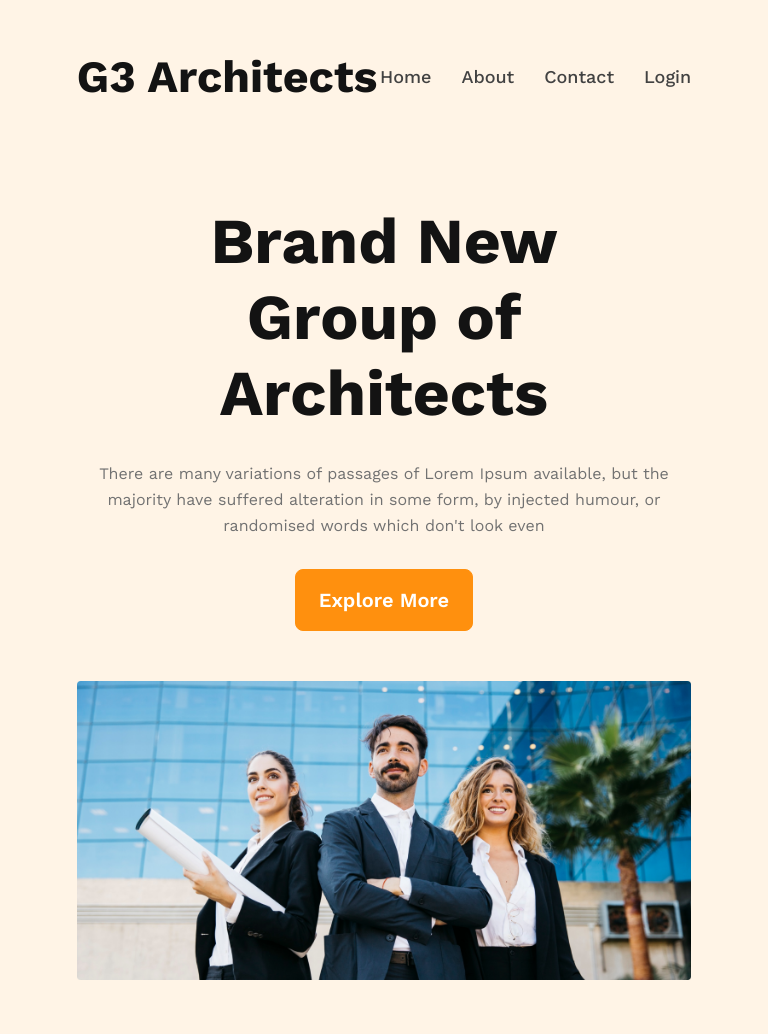
Repository: ShouravAhammed/G3-architects-webpage
Page: index.html
These files come from the project's save history. The page is drawn as it stood at one moment and after the next save; the edit follows.
The browser window is 768 px wide. The pictures show the whole page.

Above is the page before, as saved 2024-01-13 00:03:16.

After the next save:
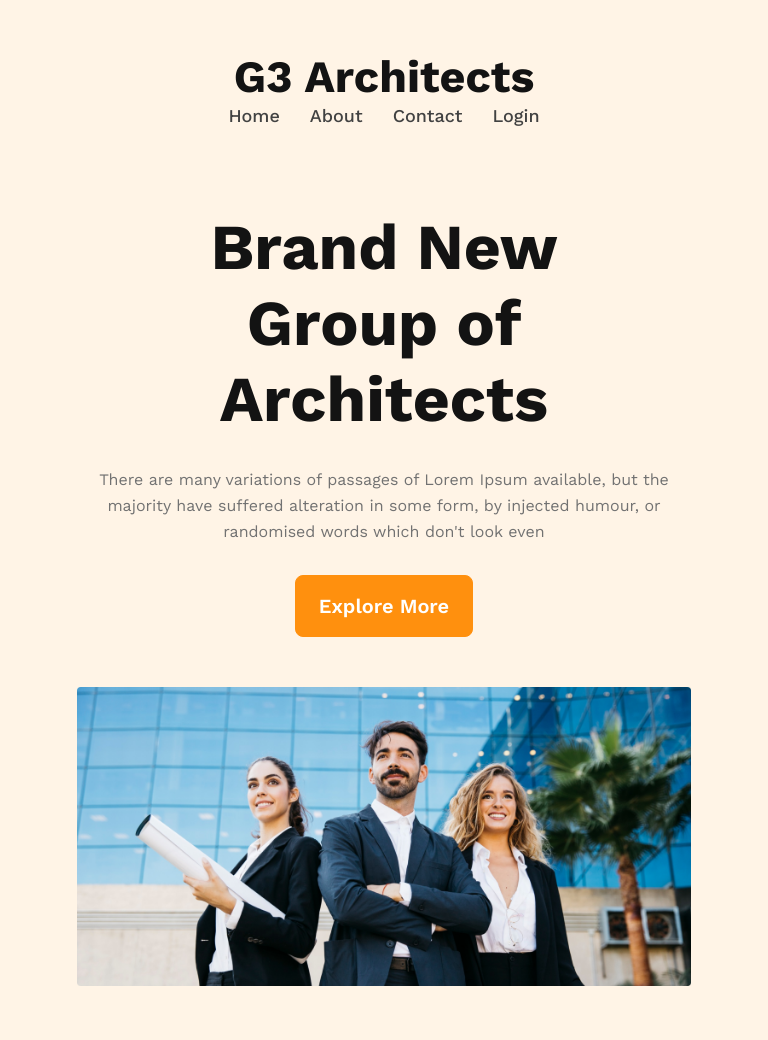
Saved 30 s later.
--- a/styles/style.css
+++ b/styles/style.css
@@ -105,7 +105,7 @@
 }
 
 /* tablet device */
-@media only screen and (min-width: 577px) and (max-width: 992){
+@media only screen and (min-width: 577px) and (max-width: 992px){
     .navigation{
         flex-direction: column;
     }
